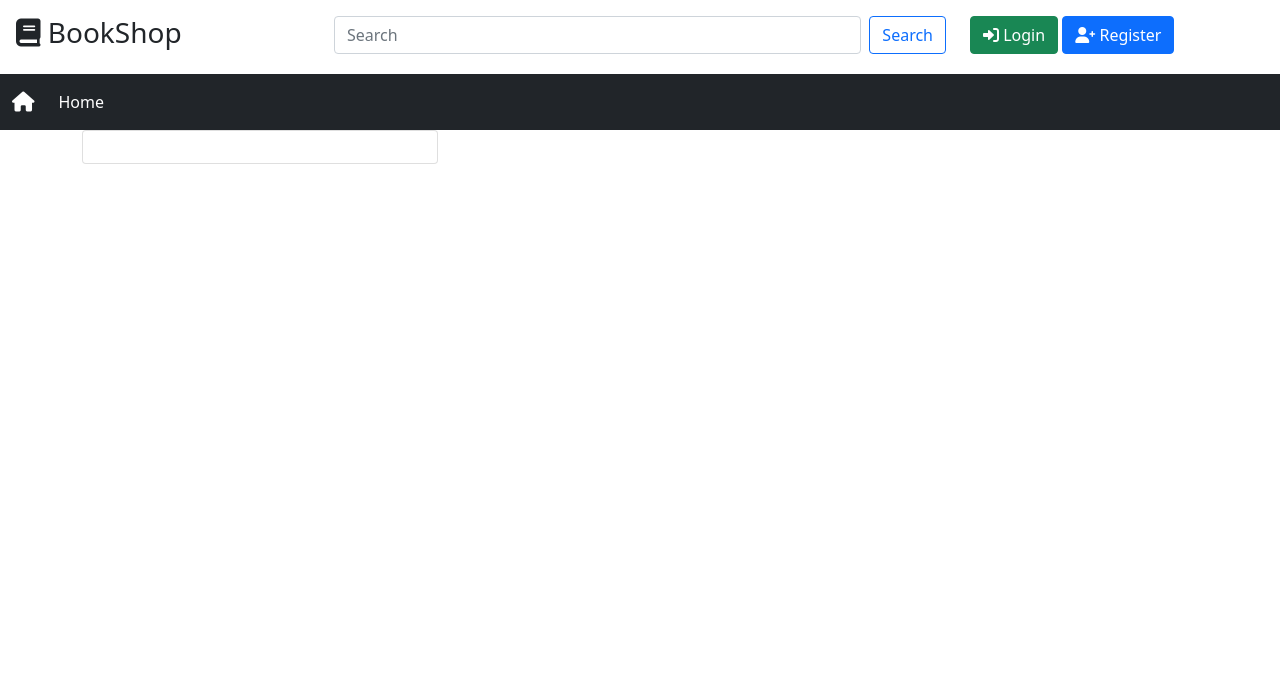
Repository: Abhishekverma23797/BookShopApp
Page: http://localhost/Ebook-App/Admin/add_books.jsp
These files come from the project's save history. The page is drawn as it stood at one moment and after the next save; the edit follows.
The browser window is 1280 px wide. The pictures show the whole page.
The page is served by Tomcat 9. Other server files are loaded and not shown.

Above is the page before, as saved 2021-12-09 09:25:13.

### Ebook-App/src/main/webapp/Admin/add_books.jsp
<%@ page language="java" contentType="text/html; charset=ISO-8859-1"
	pageEncoding="ISO-8859-1"%>
<!DOCTYPE html>
<html>
<head>
<meta charset="ISO-8859-1">
<title>Add Book</title>
<%@include file="AllCss.jsp"%>
</head>
<body>
	<%@include file="navbar.jsp"%>

	<div class="container">
		<div class="row">
			<div class="col-md-4">

				<div class="card">
					<div class="card-body"></div>

				</div>
			</div>
		</div>
	</div>
</body>
</html>

### Ebook-App/src/main/webapp/Admin/AllCss.jsp
<!-- CSS only -->
<link
	href="https://cdn.jsdelivr.net/npm/bootstrap@5.1.3/dist/css/bootstrap.min.css"
	rel="stylesheet"
	integrity="sha384-1BmE4kWBq78iYhFldvKuhfTAU6auU8tT94WrHftjDbrCEXSU1oBoqyl2QvZ6jIW3"
	crossorigin="anonymous">


<!-- JavaScript Bundle with Popper -->
<script
	src="https://cdn.jsdelivr.net/npm/bootstrap@5.1.3/dist/js/bootstrap.bundle.min.js"
	integrity="sha384-ka7Sk0Gln4gmtz2MlQnikT1wXgYsOg+OMhuP+IlRH9sENBO0LRn5q+8nbTov4+1p"
	crossorigin="anonymous"></script>


<link rel="stylesheet"
	href="https://cdnjs.cloudflare.com/ajax/libs/font-awesome/6.0.0-beta3/css/all.min.css"
	integrity="sha512-Fo3rlrZj/k7ujTnHg4CGR2D7kSs0v4LLanw2qksYuRlEzO+tcaEPQogQ0KaoGN26/zrn20ImR1DfuLWnOo7aBA=="
	crossorigin="anonymous" referrerpolicy="no-referrer" />

<link rel="stylesheet" href="style.css">

### Ebook-App/src/main/webapp/Admin/navbar.jsp

<div class="container-fluid p-3">


	<div class="row">

		<div class="col-md-3">

			<h3>

				<i class="fas fa-book"></i> BookShop
			</h3>
		</div>

		<div class="col-md-6">
			<form class="d-flex">
				<input class="form-control me-2 my-lg-0" type="search"
					placeholder="Search" aria-label="Search">
				<button class="btn btn-outline-primary" type="submit">Search</button>
			</form>
		</div>

		<div class="col-md-3">

			<a href="Login.jsp" class="btn btn-success "><i
				class="fas fa-sign-in-alt"></i> Login</a> <a href="Register.jsp"
				class="btn btn-primary"><i class="fas fa-user-plus"></i>
				Register</a>

		</div>

	</div>

</div>
<nav class="navbar navbar-expand-lg navbar-dark bg-dark bg-custom">
	<div class="container-fluid">
		<a class="navbar-brand" href="#"><i class="fas fa-home"></i></a>
		<button class="navbar-toggler" type="button" data-bs-toggle="collapse"
			data-bs-target="#navbarSupportedContent"
			aria-controls="navbarSupportedContent" aria-expanded="false"
			aria-label="Toggle navigation">
			<span class="navbar-toggler-icon"></span>
		</button>
		<div class="collapse navbar-collapse" id="navbarSupportedContent">
			<ul class="navbar-nav me-auto mb-2 mb-lg-0">
				<li class="nav-item"><a class="nav-link active"
					aria-current="page" href="#"> Home</a></li>

				</form>
		</div>
	</div>
</nav>

### Ebook-App/src/main/webapp/Admin/style.css

.bg-custom{

	background-color: #303f9f;
}

.navbar .nav-item:hover  {

	background-color: black;
	color: blue;
	border-radius: 20px

}

After the next save:
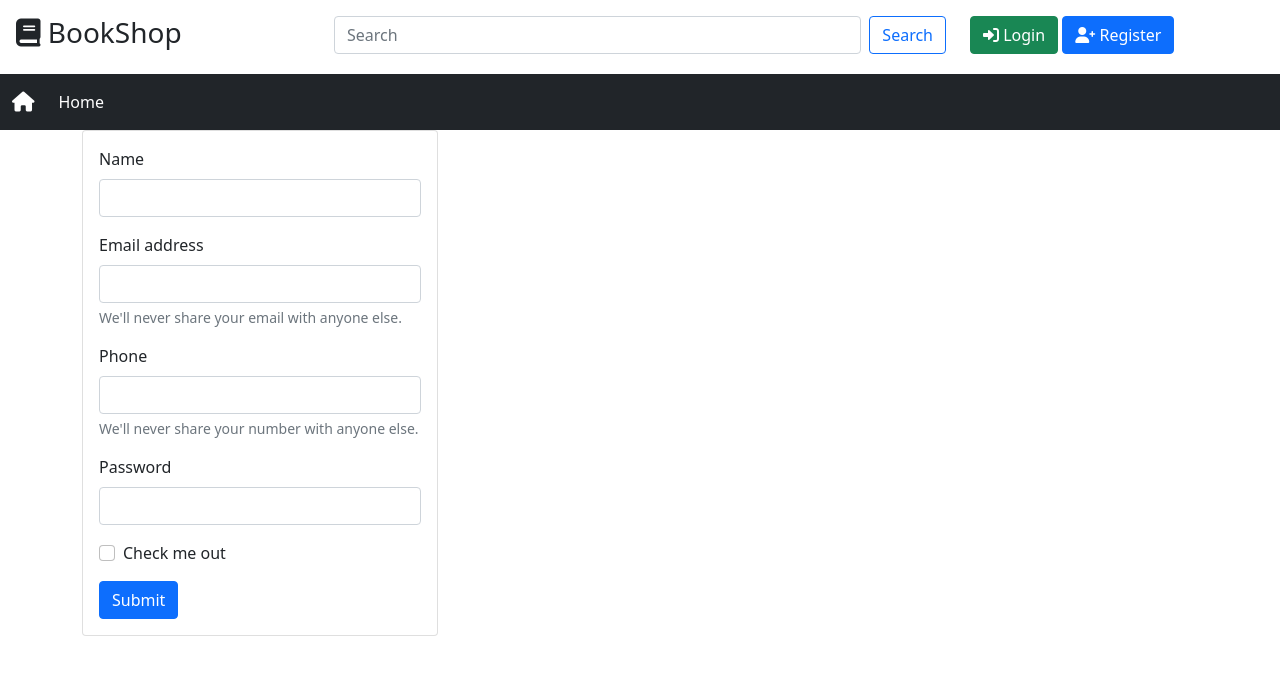
Saved 109 s later.
--- a/Ebook-App/src/main/webapp/Admin/add_books.jsp
+++ b/Ebook-App/src/main/webapp/Admin/add_books.jsp
@@ -15,7 +15,44 @@
 			<div class="col-md-4">
 
 				<div class="card">
-					<div class="card-body"></div>
+					<div class="card-body">
+						<form action="register" method="post">
+							<div class="mb-3">
+								<label for="exampleInputEmail1" class="form-label">Name</label>
+								<input type="text" class="form-control" id="exampleInputEmail1"
+									aria-describedby="emailHelp" required="required" name="name">
+
+							</div>
+							<div class="mb-3">
+								<label for="exampleInputEmail1" class="form-label">Email
+									address</label> <input type="email" class="form-control"
+									id="exampleInputEmail1" aria-describedby="emailHelp"
+									required="required" name="email">
+								<div id="emailHelp" class="form-text">We'll never share
+									your email with anyone else.</div>
+							</div>
+							<div class="mb-3">
+								<label for="exampleInputEmail1" class="form-label">Phone</label>
+								<input type="number" class="form-control"
+									id="exampleInputEmail1" aria-describedby="emailHelp"
+									required="required" name="phone">
+								<div id="emailHelp" class="form-text">We'll never share
+									your number with anyone else.</div>
+							</div>
+							<div class="mb-3">
+								<label for="exampleInputPassword1" class="form-label">Password</label>
+								<input type="password" class="form-control"
+									id="exampleInputPassword1" required="required" name="password">
+							</div>
+							<div class="mb-3 form-check">
+								<input type="checkbox" class="form-check-input"
+									id="exampleCheck1" name="check"> <label
+									class="form-check-label" for="exampleCheck1">Check me
+									out</label>
+							</div>
+							<button type="submit" class="btn btn-primary">Submit</button>
+						</form>
+					</div>
 
 				</div>
 			</div>
